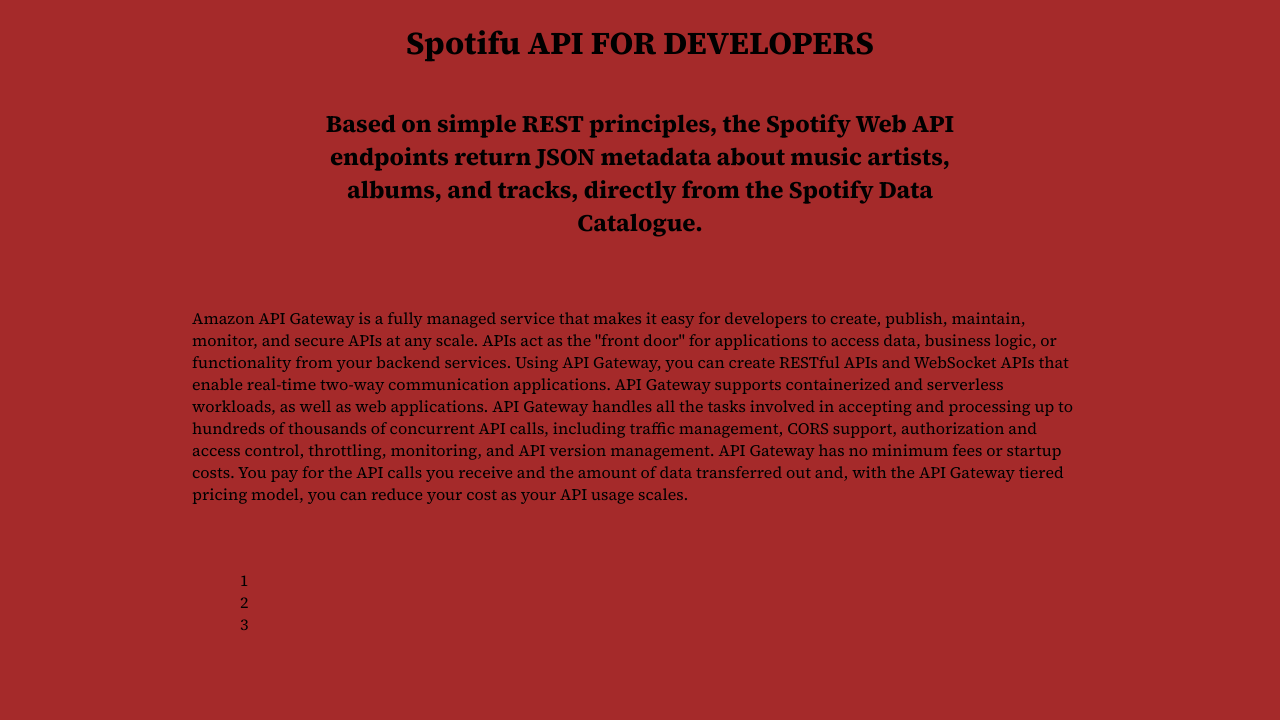
Repository: eliasihai/dizza-html-project
Page: index.html
The author's editor kept a copy of each file at every save. The page is drawn from the files as they stood at one save, then again after a run of saves.
The browser window is 1280 px wide. The pictures show the whole page.

Above is the page before, as saved 2022-01-26 00:27:06.

### index.html
<!DOCTYPE html>
<html lang="en">
  <head>
    <meta charset="UTF-8" />
    <meta http-equiv="X-UA-Compatible" content="IE=edge" />
    <meta name="viewport" content="width=device-width, initial-scale=1.0" />
    <link rel="stylesheet" href="style.css" />
    <link rel="preconnect" href="https://fonts.googleapis.com" />
    <link rel="preconnect" href="https://fonts.gstatic.com" crossorigin />
    <link
      href="https://fonts.googleapis.com/css2?family=Source+Serif+4:ital,wght@0,300;0,400;0,500;0,700;1,300;1,700&display=swap"
      rel="stylesheet"
    />
    <title>Spotify API For</title>
  </head>
  <body>
    <div class="container">
      <div class="header_container">
        <!-- <div>
          <img
            src="./png-transparent-youtube-logo-youtube-logo-computer-icons-subscribe-angle-rectangle-airplane.png"
            width="150px"
            alt="This is AWS API image"
          />
        </div> -->
        <div class="title_style">
          <h1>Spotifu API FOR DEVELOPERS</h1>
          <h2>
            Based on simple REST principles, the Spotify Web API endpoints
            return JSON metadata about music artists, albums, and tracks,
            directly from the Spotify Data Catalogue.
          </h2>
        </div>
      </div>

      <div class="describe_container">
        <div class="describe_text">
          Amazon API Gateway is a fully managed service that makes it easy for
          developers to create, publish, maintain, monitor, and secure APIs at
          any scale. APIs act as the "front door" for applications to access
          data, business logic, or functionality from your backend services.
          Using API Gateway, you can create RESTful APIs and WebSocket APIs that
          enable real-time two-way communication applications. API Gateway
          supports containerized and serverless workloads, as well as web
          applications. API Gateway handles all the tasks involved in accepting
          and processing up to hundreds of thousands of concurrent API calls,
          including traffic management, CORS support, authorization and access
          control, throttling, monitoring, and API version management. API
          Gateway has no minimum fees or startup costs. You pay for the API
          calls you receive and the amount of data transferred out and, with the
          API Gateway tiered pricing model, you can reduce your cost as your API
          usage scales.
        </div>
        <div class="list_container">
          <ul>
            <ol>
              1
            </ol>
            <ol>
              2
            </ol>
            <ol>
              3
            </ol>
          </ul>
        </div>
      </div>
    </div>
  </body>
</html>

### style.css
body,
html {
  height: 100%;
  margin: 0;
  font-family: 'Source Serif 4', sans-serif;
}
.container {
  height: 100%;
  background-position: center;
  background-repeat: no-repeat;
  background-size: cover;
  background-color: brown;
  padding: 0 10rem;
}
.header_container {
  display: flex;
  flex-direction: column;
}
.title_style {
  display: flex;
  flex-direction: column;
  text-align: center;

}
.title_style h2{
    padding: 0 10rem;
}
.describe_container {
  /* display: flex; */
}
.describe_text {
  margin: 3rem 2rem;
  flex: 50%;
}
.list_container {
  display: flex;
  align-items: center;
  justify-content: flex-start;
  flex: 50%;
}

After the next 4 saves:
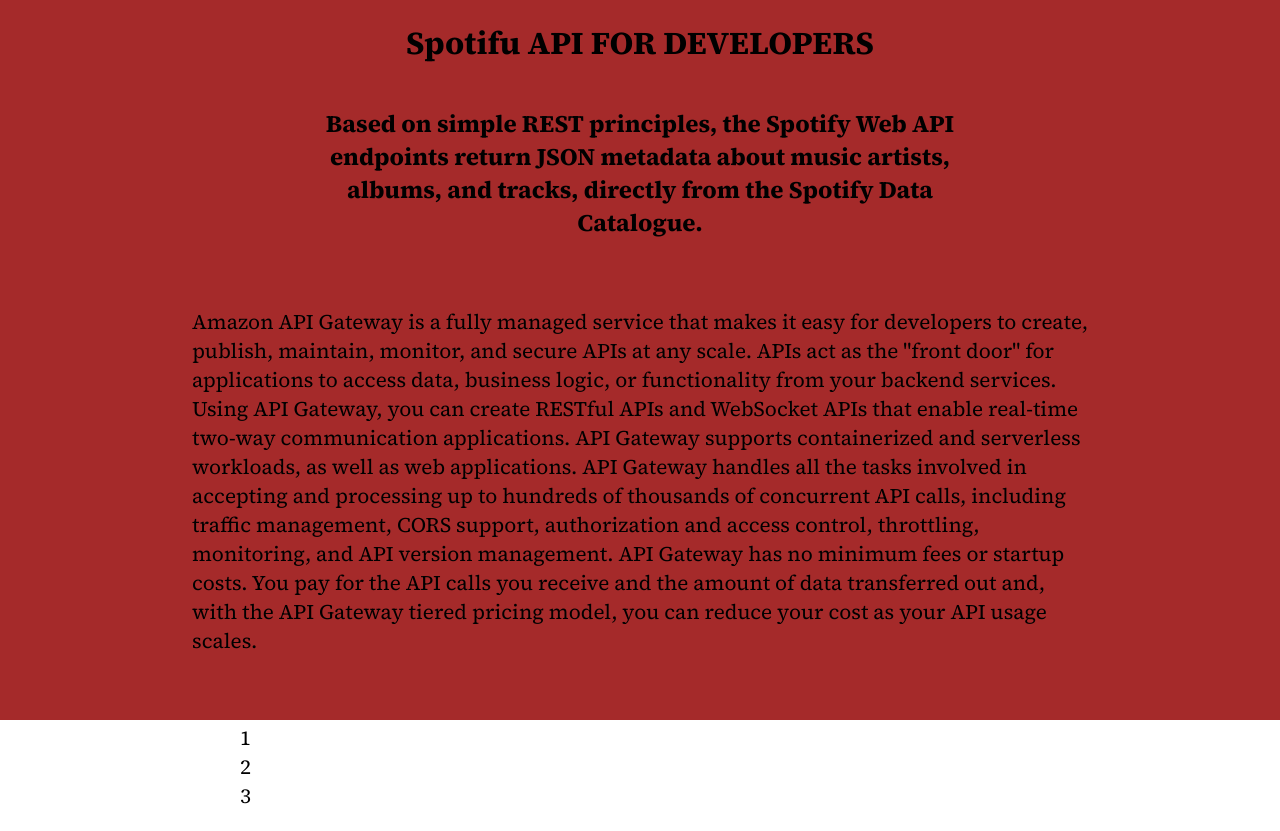
The 4 saves are shown as one change because they came seconds apart.
The last was saved 24 s later.
--- a/style.css
+++ b/style.css
@@ -27,6 +27,7 @@
 }
 .describe_container {
   /* display: flex; */
+  font-size: 1.3rem;
 }
 .describe_text {
   margin: 3rem 2rem;
